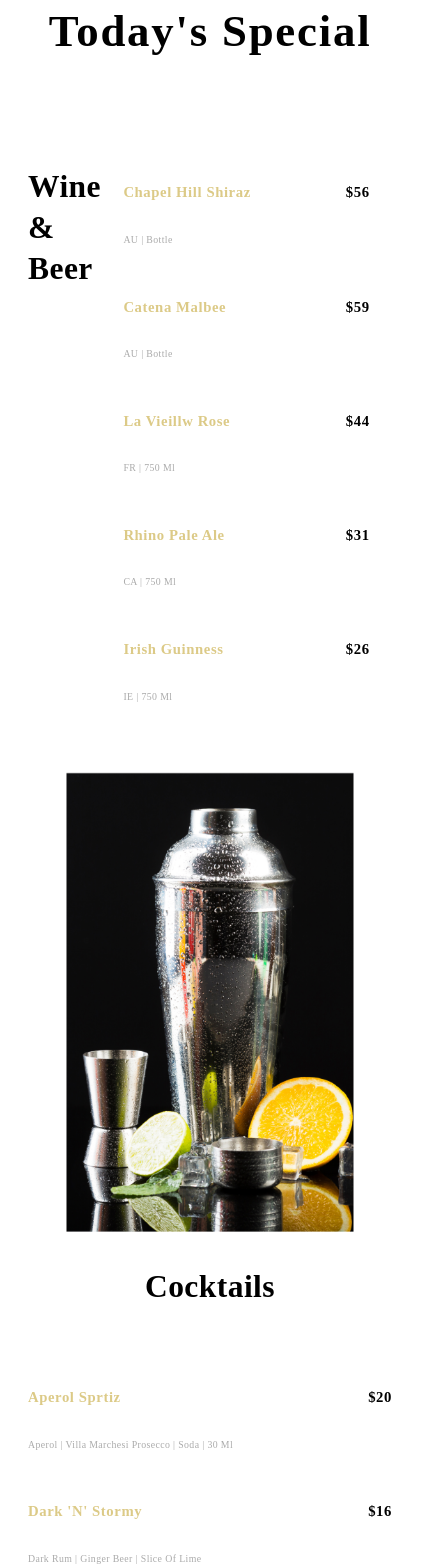
Repository: remydev47/restaurant
Page: /
The author's editor kept a copy of each file at every save. The page is drawn from the files as they stood at one save, then again after the next save.
The browser window is 600 px wide. The page is 624 px wide, so the pictures cover 624 px, including what lies to the right of the window. The pictures show the part of the page from y = 4140 to 6380 px (the page is 7171 px tall before and 7496 px after), at 70% of full size.
Backgrounds fixed to the window are drawn as part of the page. The project was rebuilt for these pictures with package versions that can differ from the ones it lists, and the page was loaded fresh each time. Also part of the build but not shown: src/container/Chef/Chef.css, src/components/Footer/Newsletter.jsx, src/components/Footer/FooterOverlay.jsx. Imported but missing from the stored project, and not drawn on this page: src/assets/meal.mp4.

Above is the page before, as saved 2022-03-16 17:19:56.

After the next save:
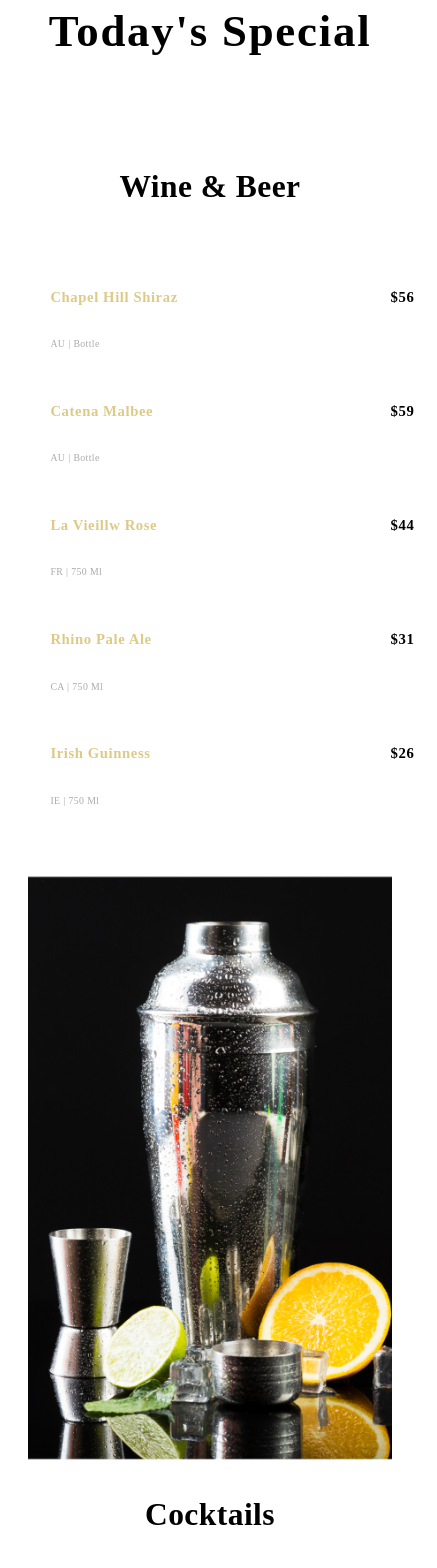
Saved 11 min 43 s later.
--- a/src/container/Menu/SpecialMenu.css
+++ b/src/container/Menu/SpecialMenu.css
@@ -51,3 +51,19 @@ flex-direction: column;
     margin: 2rem;
     width: 100%;
 }
+
+@media screen and (max-width: 2000px) {
+
+}
+
+@media screen and (max-width: 1150px){
+    .app__specialMenu-menu {
+        flex-direction: column;
+    }
+}
+
+@media screen and (max-width: 650px) {
+    .app__specialMenu-menu_img {
+        width: 100%;
+    }
+}
